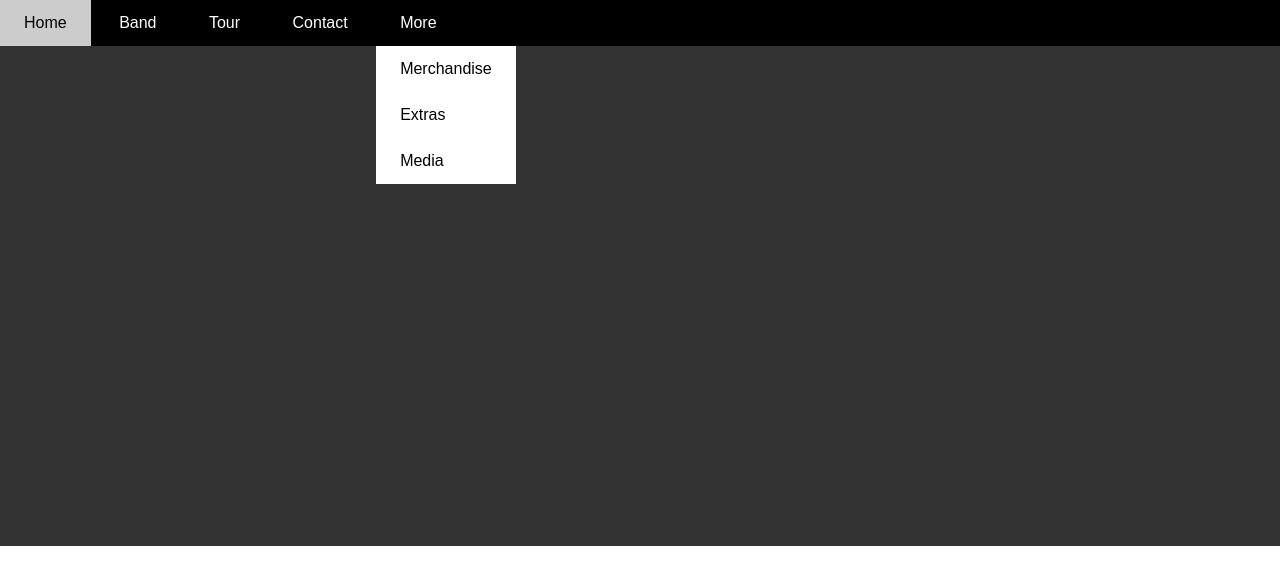
Repository: minhnguyennn/w3_band_music
Page: index.html
An editor plug-in stored every save of this project. The page is shown before and after the next save, followed by the edit.
The browser window is 1280 px wide. The pictures show the whole page.

Above is the page before, as saved 2023-02-17 17:43:26.

After the next save:
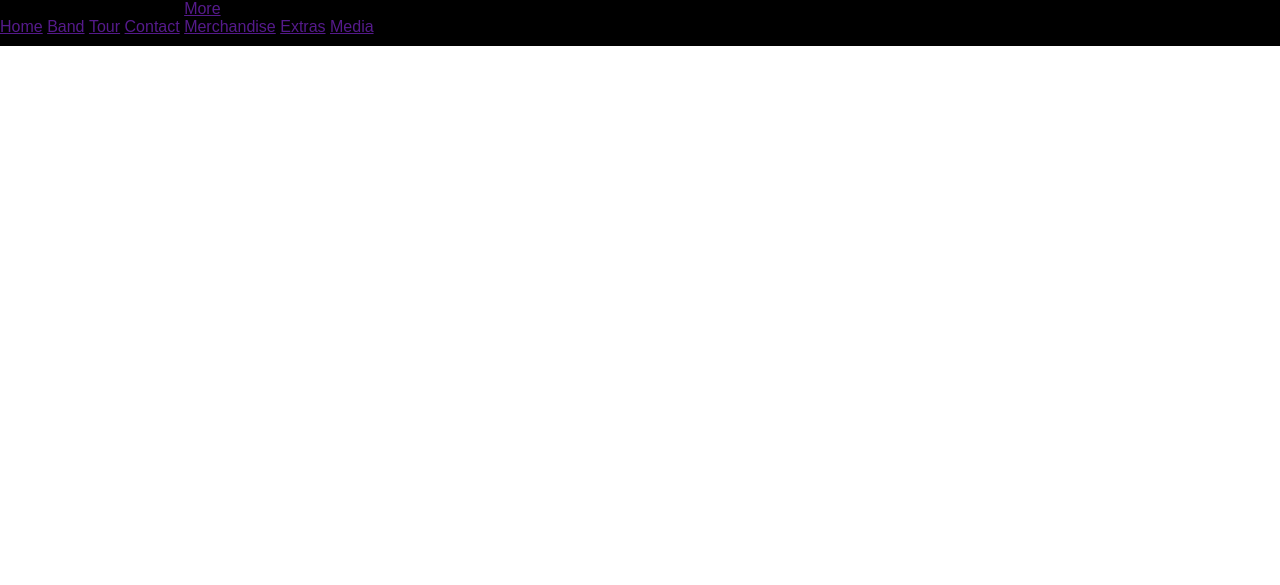
Saved 112 s later.
--- a/assets/css/style.css
+++ b/assets/css/style.css
@@ -26,6 +26,8 @@
     display: inline-block;
     position: relative;
 }
+
+#nav li a {
 
 #nav li a {
     color: #fff;

After the 6 saves that followed:
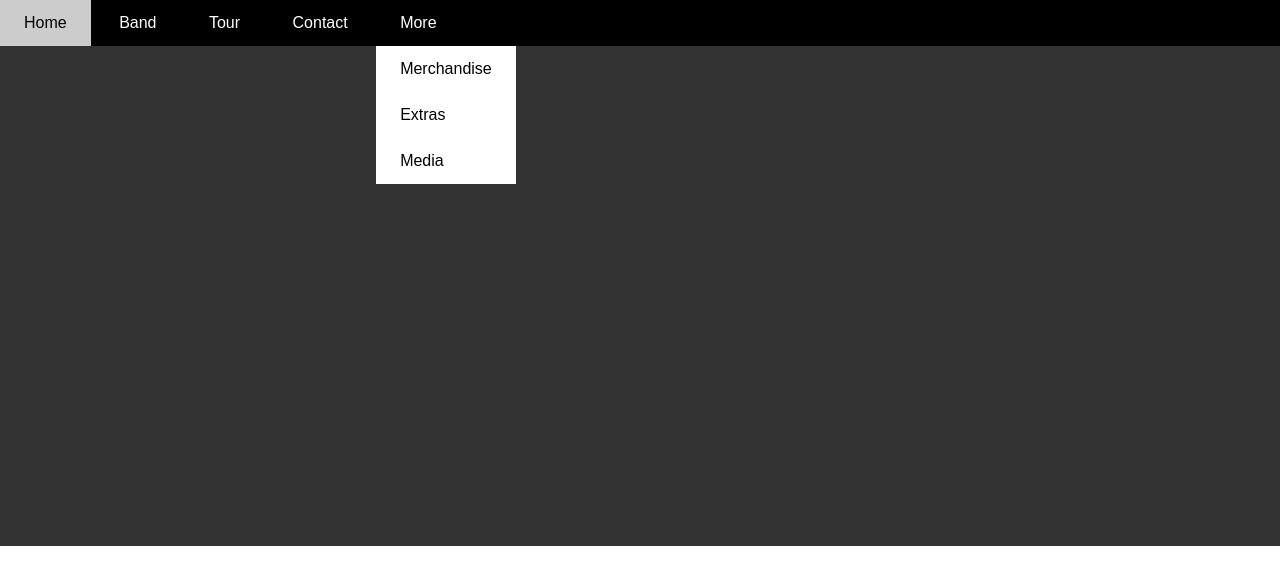
The 6 saves are shown as one change because they came seconds apart.
The last was saved 17 s later.
--- a/assets/css/style.css
+++ b/assets/css/style.css
@@ -27,10 +27,11 @@
     position: relative;
 }
 
-#nav li a {
+#nav > li > a {
+    color: #fff;
+}
 
 #nav li a {
-    color: #fff;
     text-decoration: none;
     line-height: 46px;
     padding: 0 24px;
